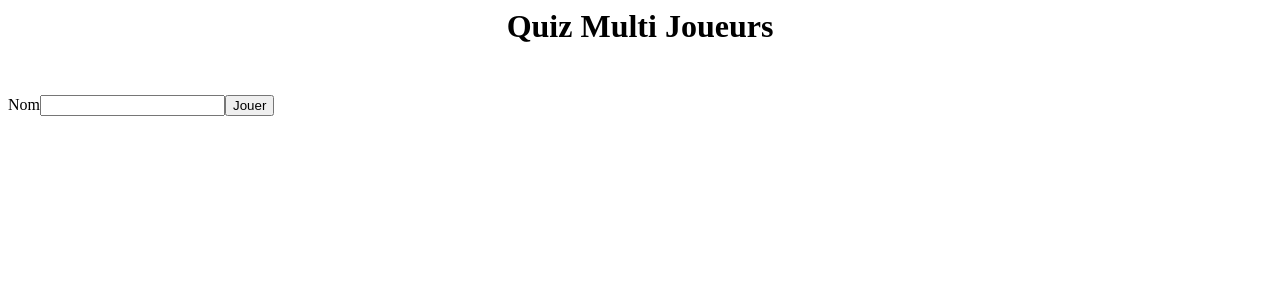
Repository: Serge-D/jeu_mj
Page: http://localhost/
These files come from the project's save history. The page is drawn as it stood at one moment and after a run of saves; the edit follows.
The browser window is 1280 px wide. The pictures show the whole page.
The page is served by the project's Node server (server.js).

Above is the page before, as saved 2020-02-06 13:53:41.

After the next 5 saves:
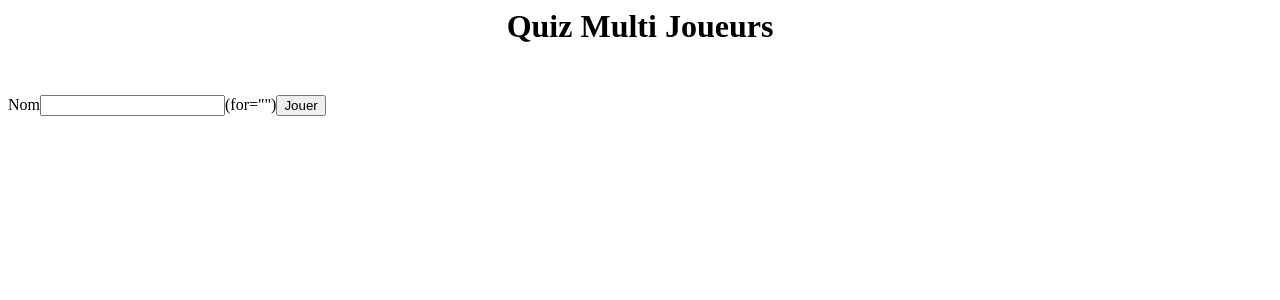
The 5 saves are shown as one change because they came seconds apart.
The last was saved 21 s later.
--- a/views/home.pug
+++ b/views/home.pug
@@ -6,4 +6,5 @@ include includes/head.pug
 form(action='' method='get')
     label(for='name') Nom
     input#nameJ1(type='text' name='name')
+    label (for="")
     input(type='submit' value='Jouer')
